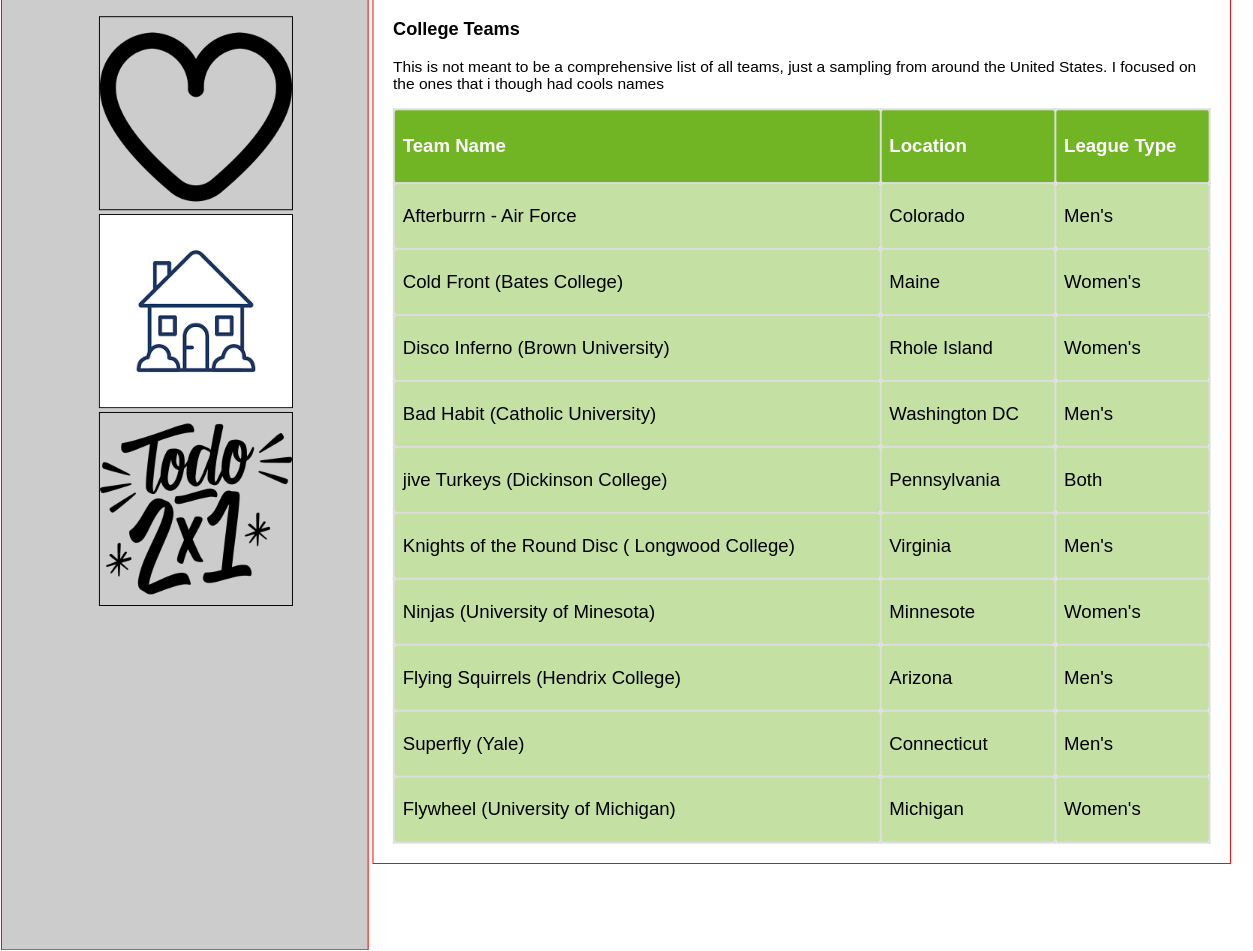
Repository: Tram-anh99/Blockchain_Funix
Page: CSS/Lab6_2.html
The author's editor kept a copy of each file at every save. The page is drawn from the files as they stood at one save, then again after a run of saves.
The browser window is 1280 px wide. The page is 1292 px wide, so the pictures cover 1292 px, including what lies to the right of the window. The pictures show the part of the page from y = 176 to 1156 px (the page is 1156 px tall before and 1067 px after), at 97% of full size.

Above is the page before, as saved 2023-07-20 00:44:16.

### CSS/Lab6_2.html
<!DOCTYPE html>
<html lang="en">
      <head>
            <title></title>
            <meta charset="UTF-8">
            <meta name="viewport" content="width=device-width, initial-scale=1">
            <link href="Lab6_2.css" rel="stylesheet">
      </head>
      <body>
            <header>
                  <h1>ULIMATE FRISBEE TEAMS</h1>
                  <div>
                        <p>Home</p>
                        <p>Teams</p>
                        <p>History</p>
                        <p>USA Ultimate</p>
                  </div>
            </header>
            <section>
                  <nav>
                        <ul>
                          <ol><img src="./img/heart.png" alt=""></ol>
                          <ol><img src="./img/images.png" alt=""></ol>
                          <ol><img src="./img/sales.png" alt=""></ol>
                        </ul>
                      </nav>

                      <article>
                        <h1>College Teams</h1>
                        <p>This is not meant to be a comprehensive list of all teams, just a sampling from around the United States. I focused on the ones that i though had cools names</p>
                        <table>
                              <tr>
                                    <th>Team Name</th>
                                    <th>Location</th>
                                    <th>League Type</th>
                              </tr>
                              <tr>
                                    <td>Afterburrn - Air Force</td>
                                    <td>Colorado</td>
                                    <td>Men's</td>
                              </tr>
                              <tr>
                                    <td>Cold Front (Bates College)</td>
                                    <td>Maine</td>
                                    <td>Women's</td>
                              </tr>
                              <tr>
                                    <td>Disco Inferno (Brown University)</td>
                                    <td>Rhole Island</td>
                                    <td>Women's</td>
                              </tr>
                              <tr>
                                    <td>Bad Habit (Catholic University)</td>
                                    <td>Washington DC</td>
                                    <td>Men's</td>
                              </tr>
                              <tr>
                                    <td>jive Turkeys (Dickinson College)</td>
                                    <td>Pennsylvania</td>
                                    <td>Both</td>
                              </tr>
                              <tr>
                                    <td>Knights of the Round Disc ( Longwood College)</td>
                                    <td>Virginia</td>
                                    <td>Men's</td>
                              </tr>
                              <tr>
                                    <td>Ninjas (University of Minesota)</td>
                                    <td>Minnesote</td>
                                    <td>Women's</td>
                              </tr>
                              <tr>
                                    <td>Flying Squirrels (Hendrix College)</td>
                                    <td>Arizona</td>
                                    <td>Men's</td>
                              </tr>
                              <tr>
                                    <td>Superfly (Yale)</td>
                                    <td>Connecticut</td>
                                    <td>Men's</td>
                              </tr>
                              <tr>
                                    <td>Flywheel (University of Michigan)</td>
                                    <td>Michigan</td>
                                    <td>Women's</td>
                              </tr>
                        </table>
                      </article>
            </section>
            <footer>

            </footer>
      </body>
</html>

### CSS/Lab6_2.css
* {
      box-sizing: border-box;
}

body {
      font-family: Arial, Helvetica, sans-serif;
}
header{
    background-image:url("./img/img1.jpg") ;
    margin: -20px;
}
header h1 {
      text-align: center;
      font-style: inherit;
      font-size: larger;
      padding: 20px;
}
header p{
      margin: 30px;
      padding: 15px 35px;
      text-decoration: dotted;
      border-radius: 5px;
      opacity: inherit;
      text-align: center;
      display: inline-flex;
      justify-content:space-between;
      align-items: center;
      flex-flow: 1;
      background: rgba(224, 228, 22, 0.555);
      opacity: 5px;
}
nav  {
      margin-left: -7px;
      margin-right: 4px;
      float: left;
      width: 30%;
      height: 1000px;
      background: #ccc;
      padding: 20px;
      border: 1px solid red;
    }
nav a{
      margin: 35px;
      padding: 15px 40px;
      border-radius: 5px;
      opacity: inherit;
      /* text-align: left; */
      display: inline-flex;
      justify-content:space-between;
      /* float: left; */
      align-items:flex-start;
      background: rgba(224, 228, 22, 0.555);
      opacity: 5px;
}
article{
      margin-right: 3px;
      margin-left: -6px;
      float: right;
      width: 70%;
      background: #ffffff;
      padding: 20px;
      border: 1px solid red;
}
table {
      font:500;
      width: 100%;
      line-height: 50px;
      border-collapse: collapse;
      text-align: left;
      font-size: larger;
      border: 2px solid rgb(155, 194, 47);
      border-radius: 5px;
}
td,th{
      border: 2px solid #ddd;
      padding: 8px;
      border-radius: 5px;
}
th {
      padding-top: 12px;
      padding-bottom: 12px;
      text-align: left;
      background-color: #5daa04cb;
      color: white;
      border-radius: 5px;
}
tr{
      background-color: #5daa045d;
}
img{
      padding-right: 0px;
      width: 200px;
      height: 200px;
      border: 1px solid black;
}

After the next 2 saves:
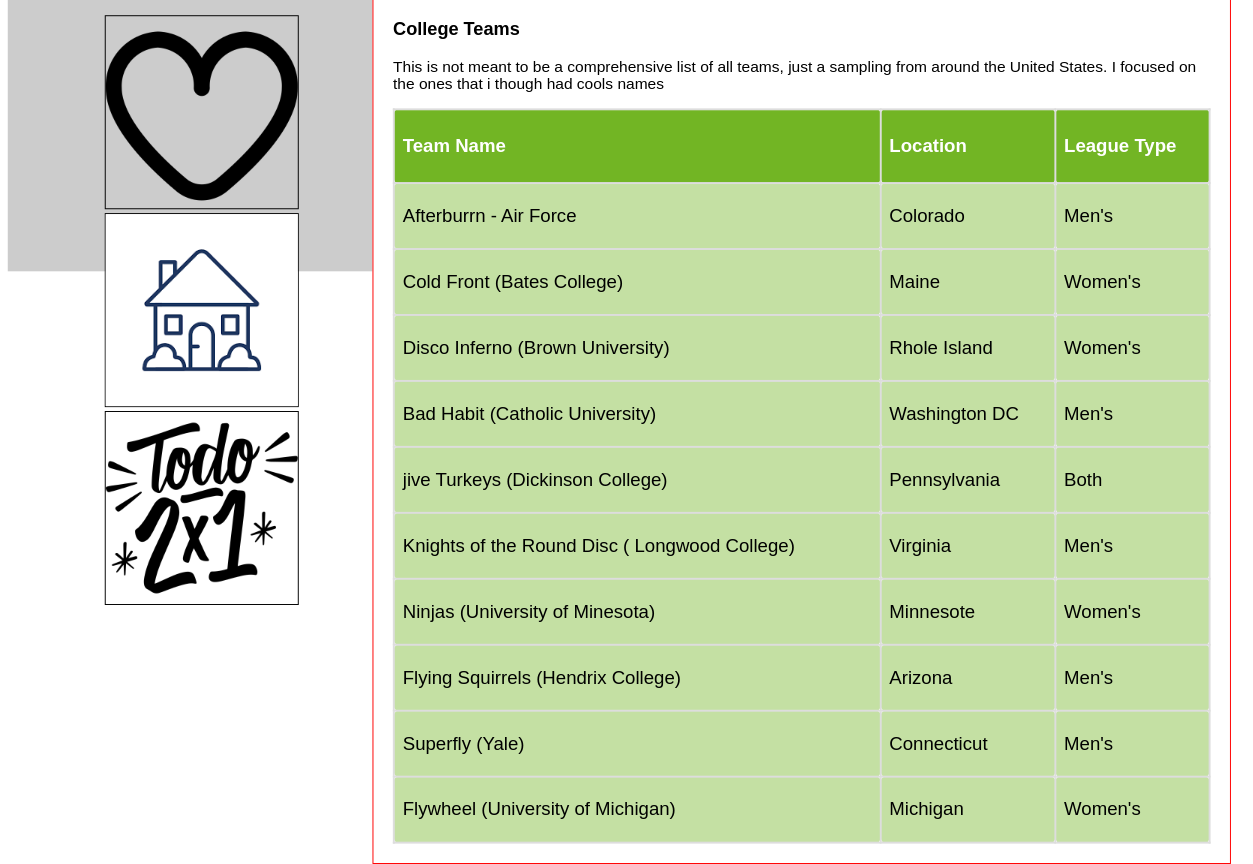
The 2 saves are shown as one change because they came seconds apart.
The last was saved 74 s later.
--- a/CSS/Lab6_2.css
+++ b/CSS/Lab6_2.css
@@ -30,14 +30,19 @@
       opacity: 5px;
 }
 nav  {
-      margin-left: -7px;
+      /* margin-left: -7px;
       margin-right: 4px;
       float: left;
       width: 30%;
       height: 1000px;
       background: #ccc;
       padding: 20px;
-      border: 1px solid red;
+      border: 1px solid red; */
+      float: left;
+  width: 30%;
+  height: 300px; /* only for demonstration, should be removed */
+  background: #ccc;
+  padding: 20px;
     }
 nav a{
       margin: 35px;
